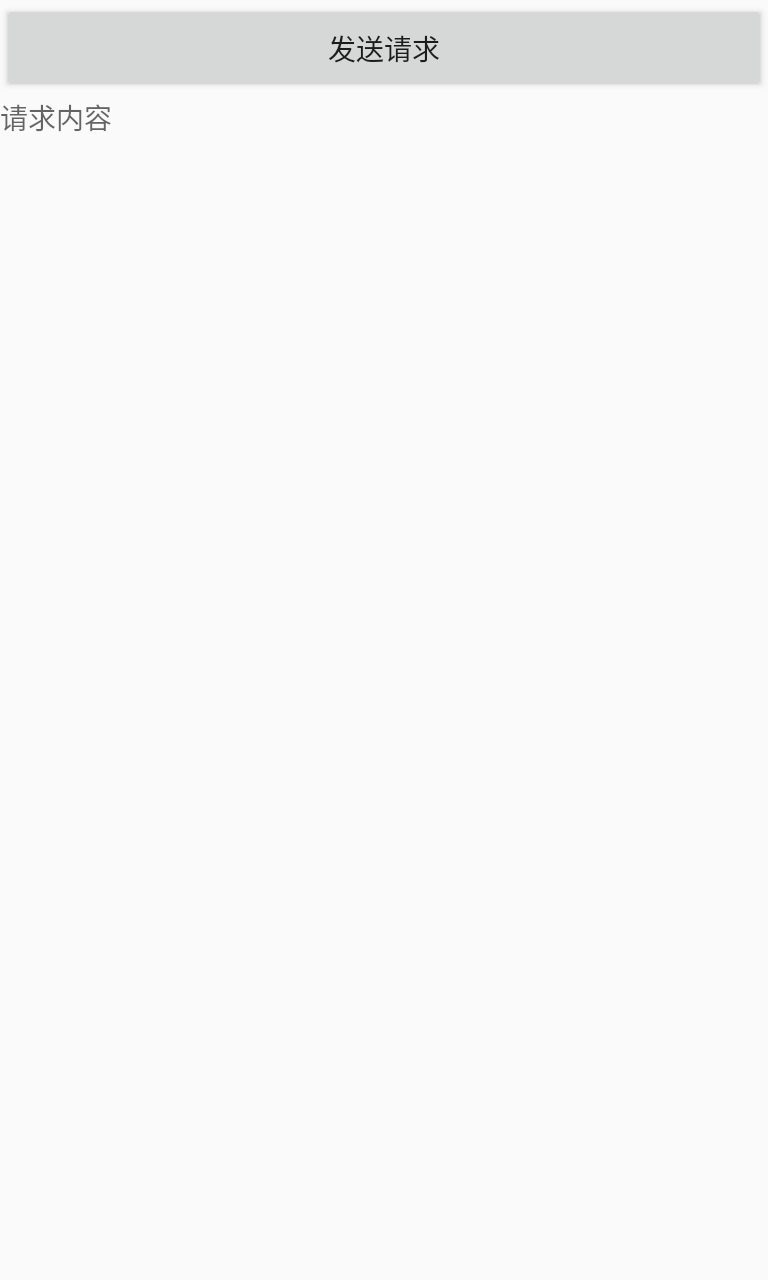
Repository: runnerfish/BAnim
Layout: MyDemo/res/layout/act_network.xml
These files come from the project's save history. The layout is drawn as it stood at one moment and after a run of saves; the edit follows.
It is drawn on a 768 x 1280 px phone screen (xhdpi) without system bars, with theme AppTheme; the app's code is not run.

Above is the layout before, as saved 2014-08-17 11:49:54.

After the next 2 saves:
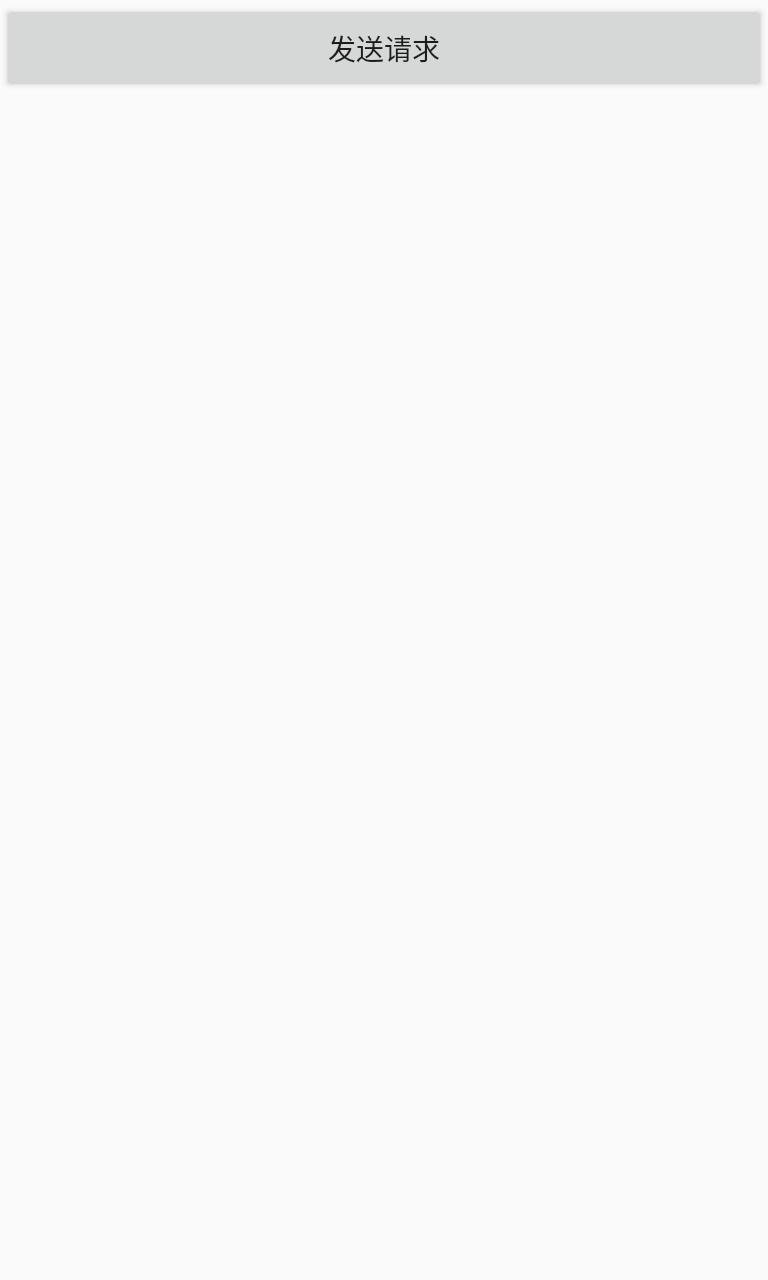
The 2 saves are shown as one change because they came seconds apart.
The last was saved 35 s later.
--- a/MyDemo/res/layout/act_network.xml
+++ b/MyDemo/res/layout/act_network.xml
@@ -19,7 +19,7 @@
             android:id="@+id/tv_content"
             android:layout_width="fill_parent"
             android:layout_height="fill_parent"
-            android:hint="请求内容" />
+            android:textSize="30sp" />
     </ScrollView>
 
 </LinearLayout>
